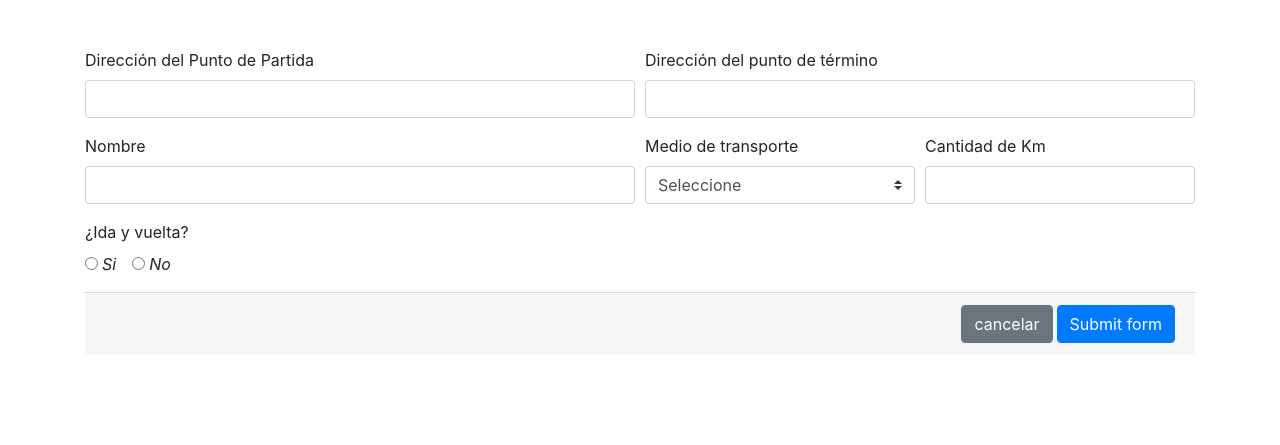
Repository: Jassan851031/foreachTask
Page: /
These files come from the project's save history. The page is drawn as it stood at one moment and after the next save; the edit follows.
The browser window is 1280 px wide. The pictures show the whole page.
The project was rebuilt for these pictures with package versions that can differ from the ones it lists, and the page was loaded fresh each time. Also part of the build but not shown: src/App.css.

Above is the page before, as saved 2020-03-23 15:21:48.

After the next save:
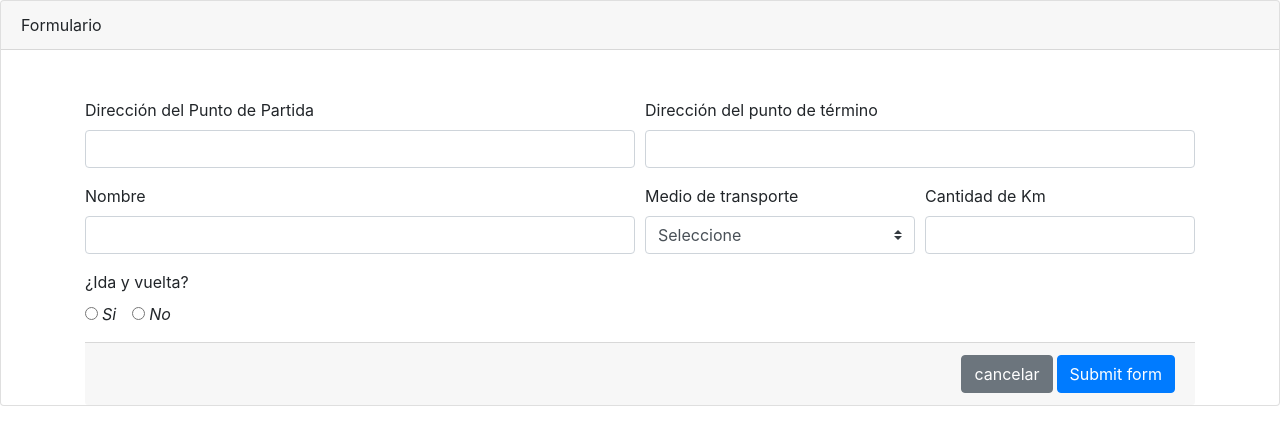
Saved 94 s later.
--- a/src/App.js
+++ b/src/App.js
@@ -3,6 +3,10 @@ import './App.css';
 
 function App() {
   return (
+    <div className="card">
+                          <div className="card-header">
+                            Formulario
+        </div>
     <div className="container mt-5">
       <div className="row">
         <div className="col-md-12">
@@ -53,6 +57,7 @@ function App() {
               <button className="btn btn-primary" type="submit">Submit form</button>
             </div>
           </form>
+          </div>
         </div>
       </div>
     </div>
